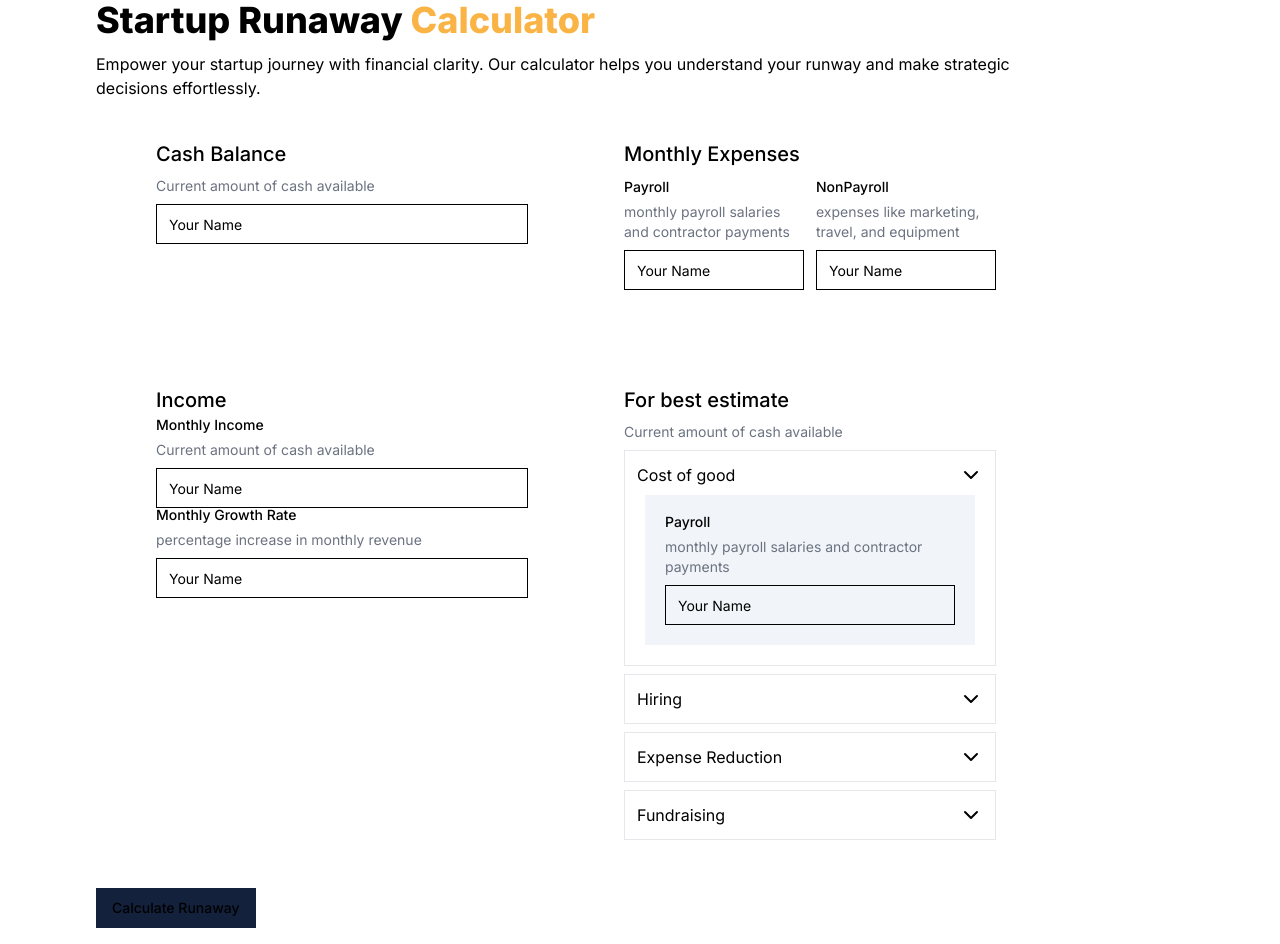
Repository: wossenF/startup-runaway-calculator
Page: /
These files come from the project's save history. The page is drawn as it stood at one moment and after a run of saves; the edit follows.
The browser window is 1280 px wide. The pictures show the whole page.
The project was rebuilt for these pictures with package versions that can differ from the ones it lists, and the page was loaded fresh each time. The framework's server and built-in components were replaced by stand-ins that run in the browser. Also part of the build but not shown: next.config.mjs.

Above is the page before, as saved 2024-04-08 14:00:09.

### src/app/page.tsx
import UserInput from "../components/UserInput";
import {Button} from '../components/ui/button'
export default function Home() {
  return (
    <main className="ml-24 w-3/4 mx-auto">
      <h1 className="font-extrabold text-4xl">Startup Runaway <span className="text-[#FAB446]">Calculator</span></h1>
      <p className="mx-auto max-w-screen-md lg:max-w-screen-lg xl:max-w-screen-xl p-3 pl-0">Empower your startup journey with financial clarity. Our calculator  helps you understand your runway and make strategic decisions  effortlessly.</p>
      <UserInput/>
      <Button className="mb-4">Calculate Runaway</Button>
    </main>
  );
}

### src/components/UserInput.tsx
"use client";
import { Input } from "./ui/input";
import { Label } from "./ui/label";
import { ChevronDown } from "lucide-react";
import {Button} from "./ui/button"
const UserInput = () => {
  return (
    <>
    <div className="container grid grid-cols-1 lg:grid-cols-2 gap-10 pb-5">
      <div className="bg-secondary/50 rounded-lg p-7  ">
        <form className="grid gap-2">
          <Label className="font-medium text-xl">Cash Balance</Label>
          <p className="text-gray-500 text-sm ">
            Current amount of cash available
          </p>
          <Input name="name" placeholder="Your Name" />
        </form>
      </div>

      <div className=" bg-secondary/50 rounded-lg p-7  grid gap-2">
        <Label className="font-medium text-xl">Monthly Expenses</Label>
        <div className="grid grid-cols-2 gap-3 pt-1">
          <div>
            <form className="grid gap-2">
              <Label className="">Payroll</Label>
              <p className="text-gray-500 text-sm ">
                monthly payroll salaries and contractor payments
              </p>
              <Input name="name" placeholder="Your Name" />
            </form>
          </div>
          <div>
            <form className="grid gap-2">
              <Label className="">NonPayroll</Label>
              <p className="text-gray-500 text-sm ">
                expenses like marketing, travel, and equipment
              </p>
              <Input name="name" placeholder="Your Name" />
            </form>
          </div>
        </div>
      </div>

      <div className=" bg-secondary/50 rounded-lg p-7 ">
        <Label className="font-medium text-xl">Income</Label>
        <div className="grid  pt-1">
            <form className="grid gap-2">
              <Label className="">Monthly Income</Label>
              <p className="text-gray-500 text-sm ">
                Current amount of cash available
              </p>
              <Input name="name" placeholder="Your Name" />
            </form>

          <div>
            <form className="grid gap-2">
              <Label className="">Monthly Growth Rate</Label>
              <p className="text-gray-500 text-sm ">
                percentage increase in monthly revenue
              </p>
              <Input name="name" placeholder="Your Name" />
            </form>
          </div>
        </div>
      </div>

      <div className="bg-secondary/50 rounded-lg p-7  ">
        <form className="grid gap-2">
          <Label className="font-medium text-xl">For best estimate</Label>
          <p className="text-gray-500 text-sm ">
            Current amount of cash available
          </p>
          <div className="p-3 gap-20 border rounded-md  ">
            <div className="flex justify-between ">
              <p>Cost of good </p>
              <ChevronDown />
            </div>

            <div className=" p-5 bg-slate-100 m-2">
            <form className="grid gap-2">
              <Label className="">Payroll</Label>
              <p className="text-gray-500 text-sm ">
                monthly payroll salaries and contractor payments
              </p>
              <Input name="name" placeholder="Your Name" />
            </form>
          </div>
          </div>
          <div className="flex justify-between p-3 gap-20 border rounded-md  ">
            <p>Hiring</p>
            <ChevronDown />
          </div>
          <div className="flex justify-between p-3 gap-20 border rounded-md  ">
            <p>Expense Reduction</p>
            <ChevronDown />
          </div>
          <div className="flex justify-between p-3 gap-20 border rounded-md  ">
            <p>Fundraising</p>
            <ChevronDown />
          </div>
        </form>
      </div>
    </div>

    </>
  );
};

export default UserInput;

### src/components/ui/button.tsx
import * as React from "react"
import { Slot } from "@radix-ui/react-slot"
import { cva, type VariantProps } from "class-variance-authority"

import { cn } from "@/lib/utils"

const buttonVariants = cva(
  "inline-flex items-center justify-center whitespace-nowrap text-sm font-medium ring-offset-background transition-colors focus-visible:outline-none focus-visible:ring-2 focus-visible:ring-ring focus-visible:ring-offset-2 disabled:pointer-events-none disabled:opacity-50",
  {
    variants: {
      variant: {
        default: "bg-[#13213C] text-primary-foreground hover:bg-primary/90",
        destructive:
          "bg-destructive text-destructive-foreground hover:bg-destructive/90",
        outline:
          "border border-input bg-background hover:bg-accent hover:text-accent-foreground",
        secondary:
          "bg-secondary text-secondary-foreground hover:bg-secondary/80",
        ghost: "hover:bg-accent hover:text-accent-foreground",
        link: "text-primary underline-offset-4 hover:underline",
      },
      size: {
        default: "h-10 px-4 py-2",
        sm: "h-9 rounded-md px-3",
        lg: "h-11 rounded-md px-8",
        icon: "h-10 w-10",
      },
    },
    defaultVariants: {
      variant: "default",
      size: "default",
    },
  }
)

export interface ButtonProps
  extends React.ButtonHTMLAttributes<HTMLButtonElement>,
    VariantProps<typeof buttonVariants> {
  asChild?: boolean
}

const Button = React.forwardRef<HTMLButtonElement, ButtonProps>(
  ({ className, variant, size, asChild = false, ...props }, ref) => {
    const Comp = asChild ? Slot : "button"
    return (
      <Comp
        className={cn(buttonVariants({ variant, size, className }))}
        ref={ref}
        {...props}
      />
    )
  }
)
Button.displayName = "Button"

export { Button, buttonVariants }

### src/components/ui/input.tsx
import * as React from "react"

import { cn } from "@/lib/utils"

export interface InputProps
  extends React.InputHTMLAttributes<HTMLInputElement> {}

const Input = React.forwardRef<HTMLInputElement, InputProps>(
  ({ className, type, ...props }, ref) => {
    return (
      <input
        type={type}
        className={cn(
          "flex h-10 w-full rounded-md border border-input bg-background px-3 py-2 text-sm ring-offset-background file:border-0 file:bg-transparent file:text-sm file:font-medium placeholder:text-muted-foreground focus-visible:outline-none focus-visible:ring-2 focus-visible:ring-ring focus-visible:ring-offset-2 disabled:cursor-not-allowed disabled:opacity-50",
          className
        )}
        ref={ref}
        {...props}
      />
    )
  }
)
Input.displayName = "Input"

export { Input }

### src/components/ui/label.tsx
"use client"

import * as React from "react"
import * as LabelPrimitive from "@radix-ui/react-label"
import { cva, type VariantProps } from "class-variance-authority"

import { cn } from "@/lib/utils"

const labelVariants = cva(
  "text-sm font-medium leading-none peer-disabled:cursor-not-allowed peer-disabled:opacity-70"
)

const Label = React.forwardRef<
  React.ElementRef<typeof LabelPrimitive.Root>,
  React.ComponentPropsWithoutRef<typeof LabelPrimitive.Root> &
    VariantProps<typeof labelVariants>
>(({ className, ...props }, ref) => (
  <LabelPrimitive.Root
    ref={ref}
    className={cn(labelVariants(), className)}
    {...props}
  />
))
Label.displayName = LabelPrimitive.Root.displayName

export { Label }

Loaded but not shown: src/app/layout.tsx (common file); src/app/globals.css (common file); src/lib/utils.ts (common file); tailwind.config.ts (common file)

After the next 3 saves:
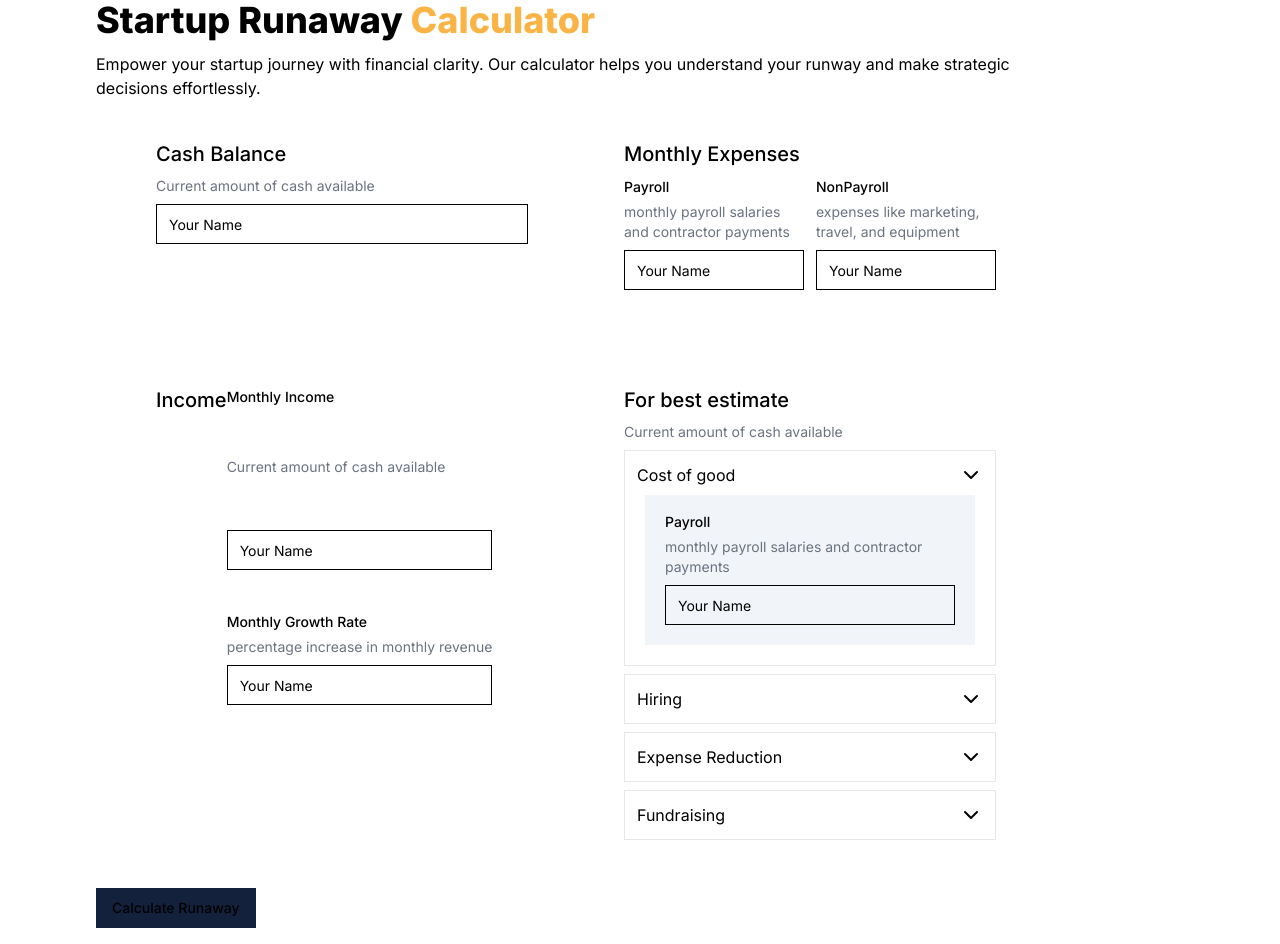
The 3 saves are shown as one change because they came seconds apart.
The last was saved 13 s later.
--- a/src/components/UserInput.tsx
+++ b/src/components/UserInput.tsx
@@ -41,7 +41,7 @@
         </div>
       </div>
 
-      <div className=" bg-secondary/50 rounded-lg p-7 ">
+      <div className=" bg-secondary/50 rounded-lg p-7 flex flex">
         <Label className="font-medium text-xl">Income</Label>
         <div className="grid  pt-1">
             <form className="grid gap-2">

After the save that followed:
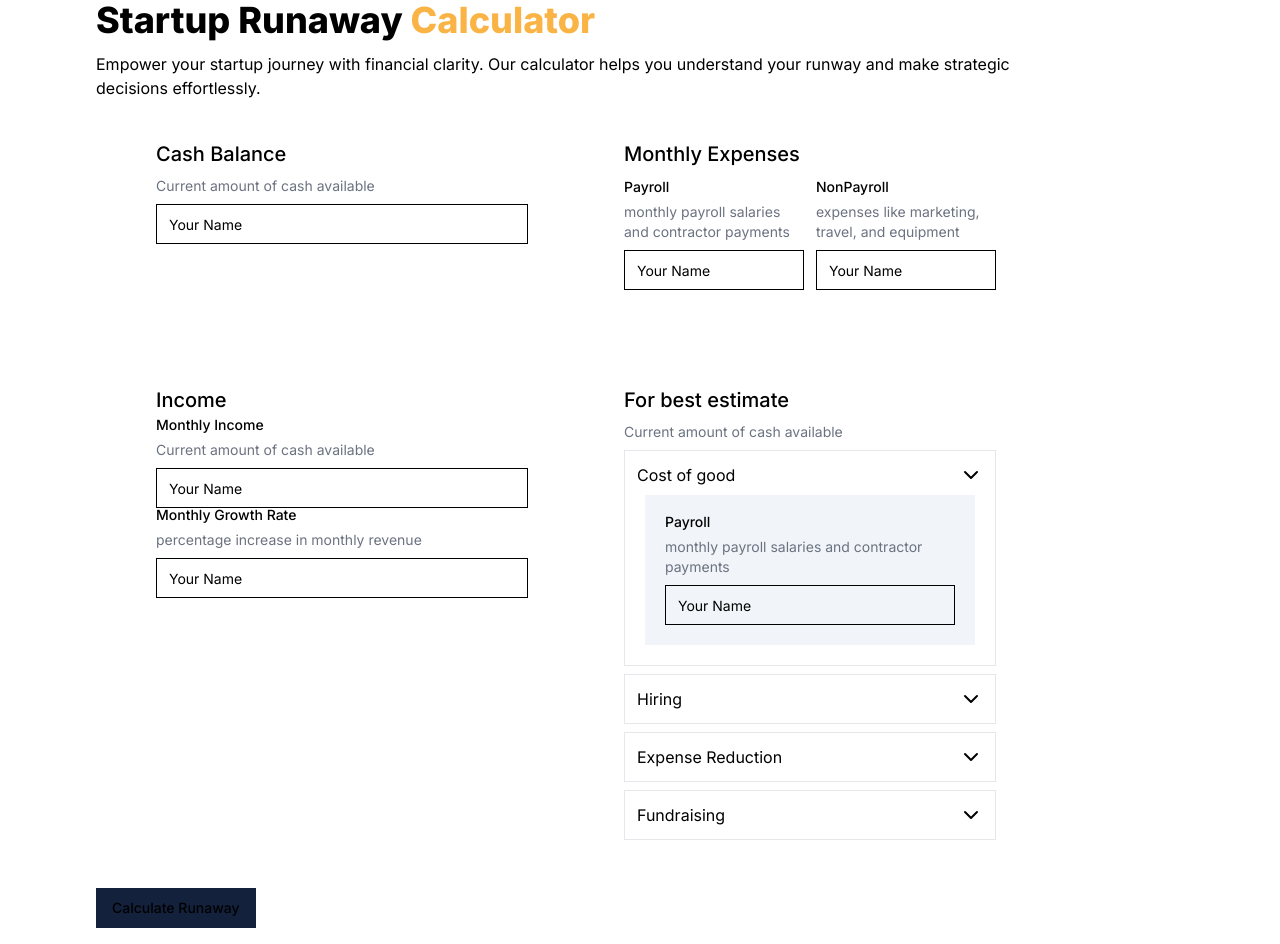
Saved 4 s later.
--- a/src/components/UserInput.tsx
+++ b/src/components/UserInput.tsx
@@ -41,7 +41,7 @@
         </div>
       </div>
 
-      <div className=" bg-secondary/50 rounded-lg p-7 flex flex">
+      <div className=" bg-secondary/50 rounded-lg p-7 flex flex-col">
         <Label className="font-medium text-xl">Income</Label>
         <div className="grid  pt-1">
             <form className="grid gap-2">
